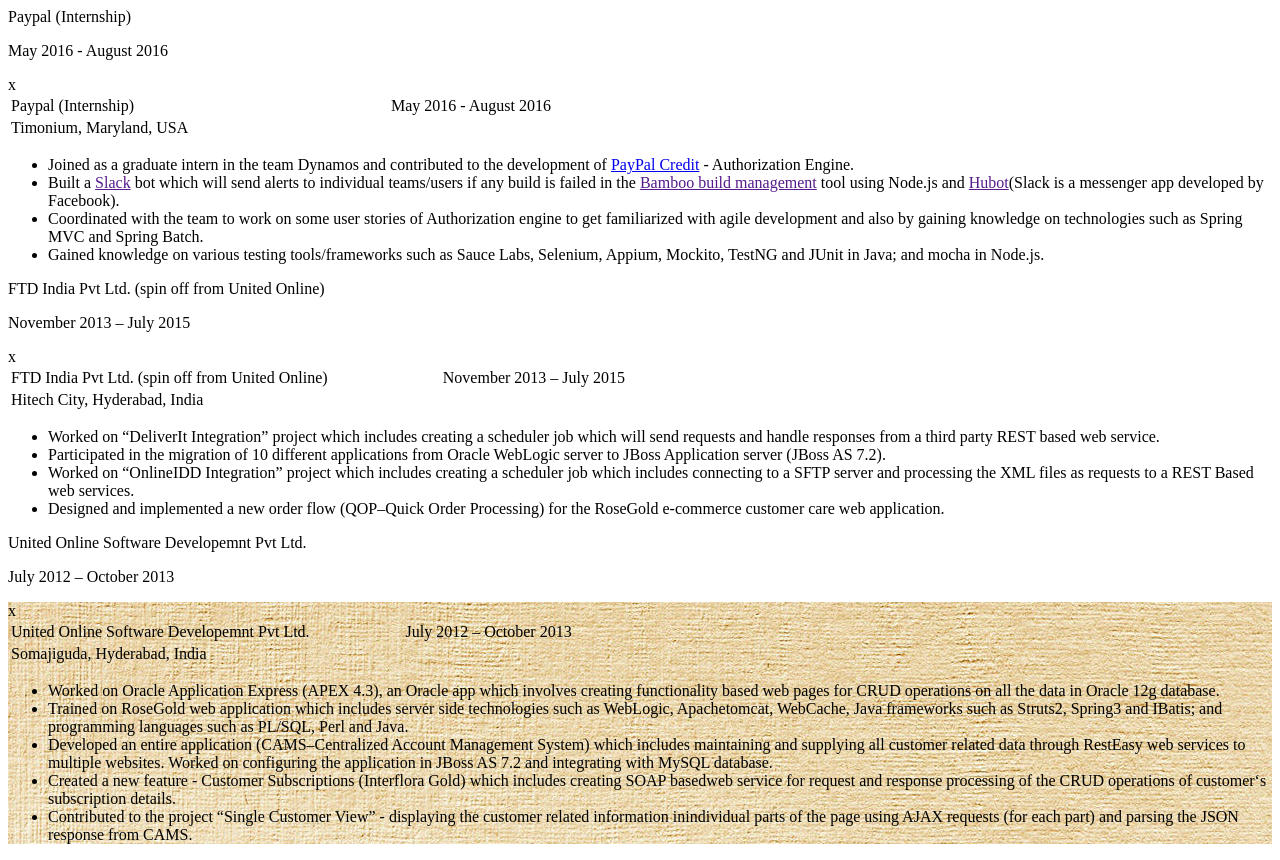
Repository: phanindrakannaji/Resume
Page: http://localhost/application/pages/experience.php
The author's editor kept a copy of each file at every save. The page is drawn from the files as they stood at one save, then again after the next save.
The browser window is 1280 px wide. The pictures show the whole page.
The page is run by PHP 8.4 with error messages shown; the project is at /var/www/html/.

Above is the page before, as saved 2016-09-25 20:16:54.
Console error: ReferenceError: $ is not defined

### Resume/application/pages/experience.php
<script type="text/javascript"
	src="../resources/scripts/refreshScript.js"></script>
<div class="divExperience customfont2">
	<div class="divExperienceHeading">
		<p class="expHeading">Paypal (Internship)</p>
		<p class="expHeadingContent">May 2016 - August
			2016</p>
	</div>
	<div class="divExperienceWork modal customfont3">
		<div class="popup modal-content">
			<span class="close">x</span>
			<table>
				<tr>
					<td class=" smalltext underline" width="70%">Paypal (Internship)</td>
					<td class=" smalltext">May 2016 - August 2016</td>
				</tr>
				<tr>
					<td class=" smalltext">Timonium, Maryland, USA</td>
				</tr>
			</table>
			<ul>
				<li>Joined as a graduate intern in the team Dynamos and contributed
					to the development of <a
					href="https://en.wikipedia.org/wiki/PayPal_Credit" target="blank">PayPal
						Credit</a> - Authorization Engine.
				</li>
				<li>Built a <a href="" target="blank">Slack</a> bot which will send
					alerts to individual teams/users if any build is failed in the <a
					href="" target="blank">Bamboo build management</a> tool using
					Node.js and <a href="" target="blank">Hubot</a>(Slack is a
					messenger app developed by Facebook).
				</li>
				<li>Coordinated with the team to work on some user stories of
					Authorization engine to get familiarized with agile development and
					also by gaining knowledge on technologies such as Spring MVC and
					Spring Batch.</li>
				<li>Gained knowledge on various testing tools/frameworks such as
					Sauce Labs, Selenium, Appium, Mockito, TestNG and JUnit in Java;
					and mocha in Node.js.</li>
			</ul>
		</div>
	</div>
</div>

<div class="divExperience customfont2">
	<div class="divExperienceHeading">
		<p class="expHeading">FTD India Pvt Ltd. (spin off from United Online)</p>
		<p class="expHeadingContent">November 2013 –
			July 2015</p>
	</div>
	<div class="divExperienceWork modal customfont3">
		<div class="popup modal-content">
			<span class="close">x</span>
			<table>
				<tr>
					<td class=" smalltext underline" width="70%">FTD India Pvt Ltd. (spin off from United Online)</td>
					<td class=" smalltext" >November 2013 – July 2015</td>
				</tr>
				<tr>
					<td class=" smalltext">Hitech City, Hyderabad, India</td>
				</tr>
			</table>


			<ul>
				<li>Worked on “DeliverIt Integration” project which includes
					creating a scheduler job which will send requests and handle
					responses from a third party REST based web service.</li>
				<li>Participated in the migration of 10 different applications from
					Oracle WebLogic server to JBoss Application server (JBoss AS 7.2).</li>
				<li>Worked on “OnlineIDD Integration” project which includes
					creating a scheduler job which includes connecting to a SFTP server
					and processing the XML files as requests to a REST Based web
					services.</li>
				<li>Designed and implemented a new order flow (QOP–Quick Order
					Processing) for the RoseGold e-commerce customer care web
					application.</li>
			</ul>
		</div>
	</div>
</div>

<div class="divExperience customfont2">
	<div class="divExperienceHeading">
		<p class="expHeading">United Online Software Developemnt Pvt Ltd.</p>
		<p class="expHeadingContent">July 2012 – October
			2013</p>
	</div>
	<div class="divExperienceWork modal customfont3">
		<div class="modal-content" style="background-image: url('../resources/images/paper.jpg');">
			<span class="close">x</span>
			<table>
				<tr>
					<td class=" smalltext underline" width="70%">United Online Software Developemnt Pvt Ltd.</td>
					<td class=" smalltext" >July 2012 – October 2013</td>
				</tr>
				<tr>
					<td class="smalltext">Somajiguda, Hyderabad, India</td>
				</tr>
			</table>
			<ul>
				<li>Worked on Oracle Application Express (APEX 4.3), an Oracle app
					which involves creating functionality based web pages for CRUD
					operations on all the data in Oracle 12g database.</li>
				<li>Trained on RoseGold web application which includes server side
					technologies such as WebLogic, Apachetomcat, WebCache, Java
					frameworks such as Struts2, Spring3 and IBatis; and programming
					languages such as PL/SQL, Perl and Java.</li>
				<li>Developed an entire application (CAMS–Centralized Account
					Management System) which includes maintaining and supplying all
					customer related data through RestEasy web services to multiple
					websites. Worked on configuring the application in JBoss AS 7.2 and
					integrating with MySQL database.</li>
				<li>Created a new feature - Customer Subscriptions (Interflora Gold)
					which includes creating SOAP basedweb service for request and
					response processing of the CRUD operations of customer‘s
					subscription details.</li>
				<li>Contributed to the project “Single Customer View” - displaying
					the customer related information inindividual parts of the page
					using AJAX requests (for each part) and parsing the JSON response
					from CAMS.</li>
			</ul>
		</div>
	</div>
</div>
<script type="text/javascript" src="../resources/scripts/experience.js"></script>

### Resume/resources/scripts/refreshScript.js
$(document).ready(function(){
	$("#commandInput").keypress(function(e){
		keypressInBox(e);
	});
	$("#commandInput").focus();
})

### Resume/resources/scripts/experience.js
$(document).ready(function(){
	$('.divExperienceHeading').click(function(){
		$(this).parent().children().last().css("display", "block");
	});
	var span = $(".close")[0];
	$(".close").click(function() {
	    $(this).parent().parent().css("display", "none");
	});
});

After the next save:
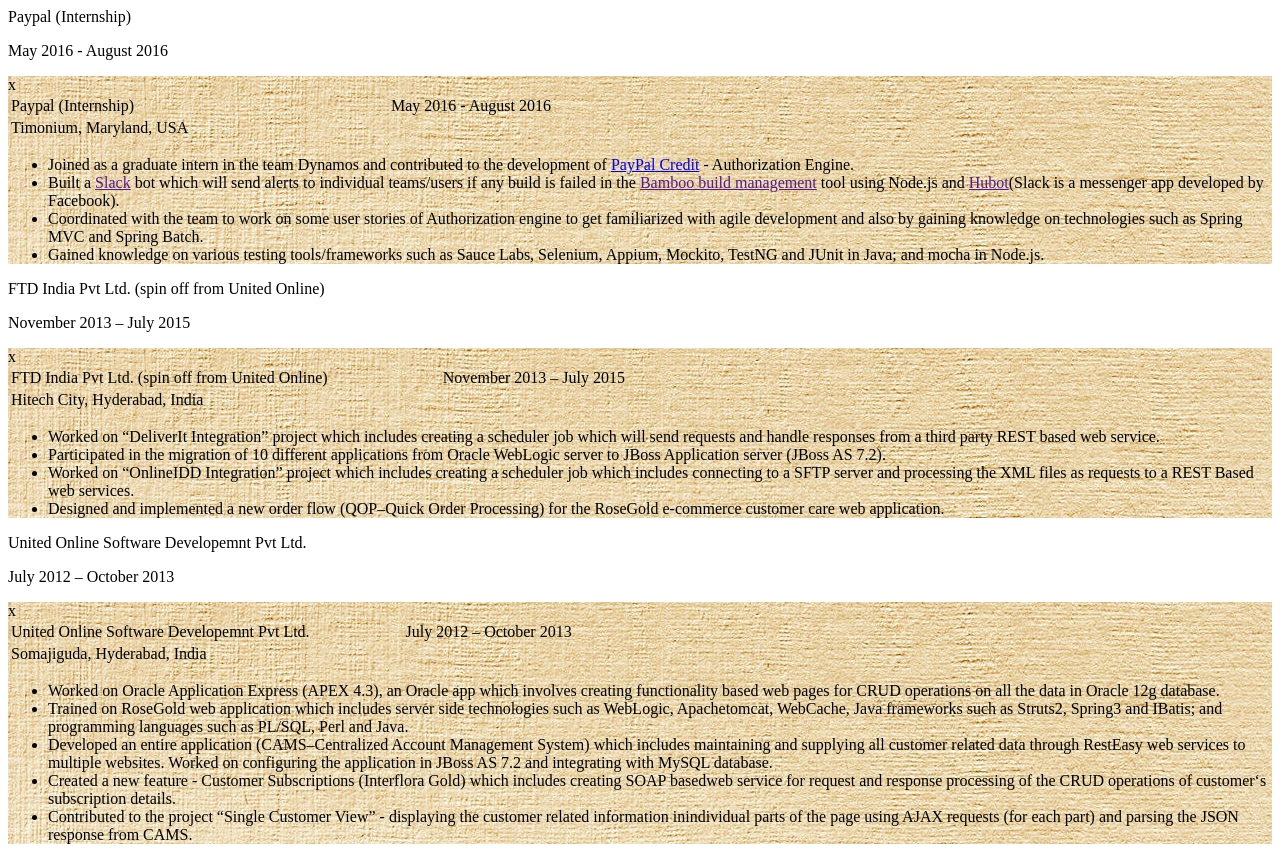
Saved 23 s later.
--- a/Resume/application/pages/experience.php
+++ b/Resume/application/pages/experience.php
@@ -7,7 +7,7 @@
 			2016</p>
 	</div>
 	<div class="divExperienceWork modal customfont3">
-		<div class="popup modal-content">
+		<div class="modal-content" style="background-image: url('../resources/images/paper.jpg');">
 			<span class="close">x</span>
 			<table>
 				<tr>
@@ -49,7 +49,7 @@
 			July 2015</p>
 	</div>
 	<div class="divExperienceWork modal customfont3">
-		<div class="popup modal-content">
+		<div class=" modal-content" style="background-image: url('../resources/images/paper.jpg');">
 			<span class="close">x</span>
 			<table>
 				<tr>
